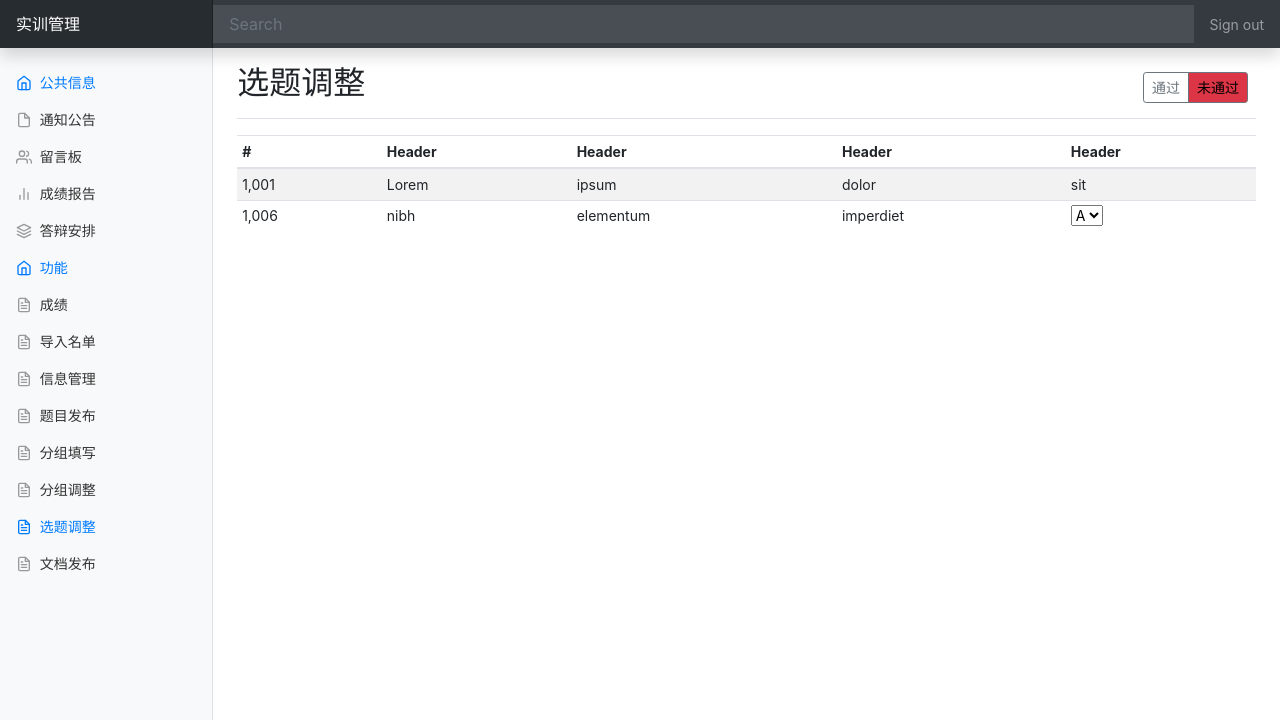
Repository: Kong-T/Practical-training
Page: Administrator/html/Ad_topic_admin.html
The author's editor kept a copy of each file at every save. The page is drawn from the files as they stood at one save, then again after the next save.
The browser window is 1280 px wide. The pictures show the whole page.
The page's requests for data from a server got no answer. Some web libraries are served in a nearby version.

Above is the page before, as saved 2020-12-14 20:12:23.
Console error: TypeError: Cannot read properties of null (reading 'length')

After the next save:
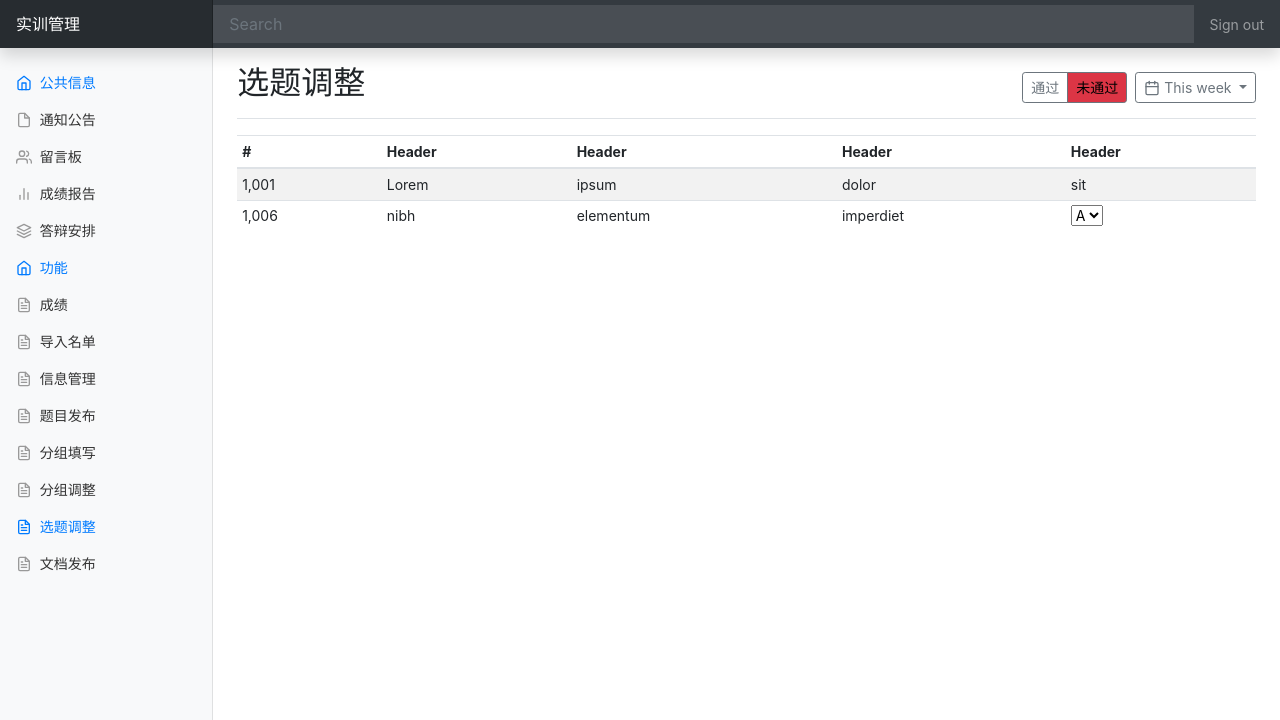
Saved 4 min 24 s later.
--- a/Administrator/html/Ad_topic_admin.html
+++ b/Administrator/html/Ad_topic_admin.html
@@ -155,10 +155,10 @@
               <button type="button" onclick="submit()" class="btn btn-sm btn-outline-secondary">通过</button>
               <button type="button" onclick="unpass()"style="color:black" class="btn btn-danger btn-sm btn-outline-secondary">未通过</button>
             </div>
-            <!-- <button type="button" class="btn btn-sm btn-outline-secondary dropdown-toggle">
+            <button type="button" class="btn btn-sm btn-outline-secondary dropdown-toggle">
             <span data-feather="calendar"></span>
             This week
-          </button> -->
+          </button>
           </div>
         </div>
 
